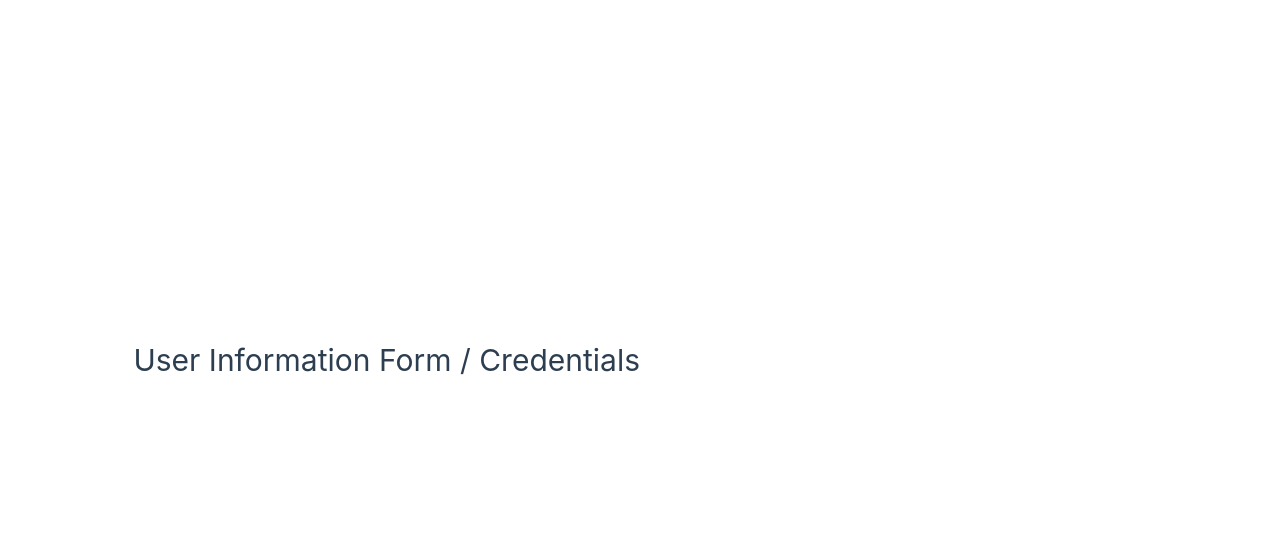
Repository: Andrew-JX/mji-library
Page: /
An editor plug-in stored every save of this project. The page is shown before and after the next save, followed by the edit.
The browser window is 1280 px wide. The pictures show the whole page.
The project was rebuilt for these pictures with package versions that can differ from the ones it lists, and the page was loaded fresh each time. Also part of the build but not shown: vite.config.js, src/components/JSON.vue.

Above is the page before, as saved 2025-08-11 22:53:35.

### src/App.vue
<script setup>
import JSONView from "./components/JSON.vue";
import Form from "./components/Form.vue";
</script>

<template>
  <!-- <JSONView /> -->
  <Form />
</template>

<style scoped>
header {
  line-height: 1.5;
}

.logo {
  display: block;
  margin: 0 auto 2rem;
}

@media (min-width: 1024px) {
  header {
    display: flex;
    place-items: center;
    padding-right: calc(var(--section-gap) / 2);
  }

  .logo {
    margin: 0 2rem 0 0;
  }

  header .wrapper {
    display: flex;
    place-items: flex-start;
    flex-wrap: wrap;
  }
}
</style>

### src/components/Form.vue
<template>
  <div>
    <h1>User Information Form / Credentials</h1>
  </div>
</template>

<script setup>
// Our logic will go here
</script>

<style scoped></style>

Loaded but not shown: index.html (common file); src/main.js (common file); src/assets/main.css (common file); src/assets/base.css (common file)

After the next save:
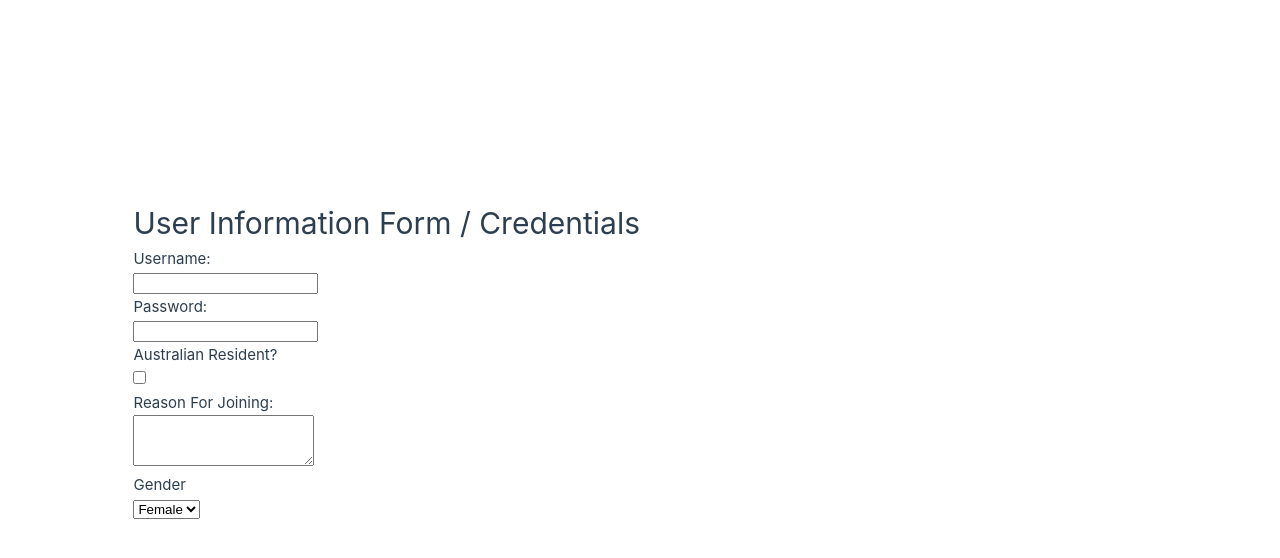
Saved 58 min 12 s later.
--- a/src/components/Form.vue
+++ b/src/components/Form.vue
@@ -1,6 +1,26 @@
 <template>
-  <div>
+  <div class="form">
     <h1>User Information Form / Credentials</h1>
+    <form>
+      <label for="username">Username:</label><br>
+      <input type="text" id="username" name="username"><br>
+
+      <label for="password">Password:</label><br>
+      <input type="password" id="password" name="password"><br>
+
+      <label for="isAustralian">Australian Resident?</label><br>
+      <input type="checkbox" id="isAustralian" name="isAustralian"><br>
+
+      <label for="reason">Reason For Joining:</label><br>
+      <textarea id="reason" name="reason" rows="3"></textarea><br>
+
+      <label for="gender">Gender</label><br>
+      <select id="gender">
+        <option value="female">Female</option>
+        <option value="male">Male</option>
+        <option value="other">Other</option>
+      </select>
+    </form>
   </div>
 </template>
 
